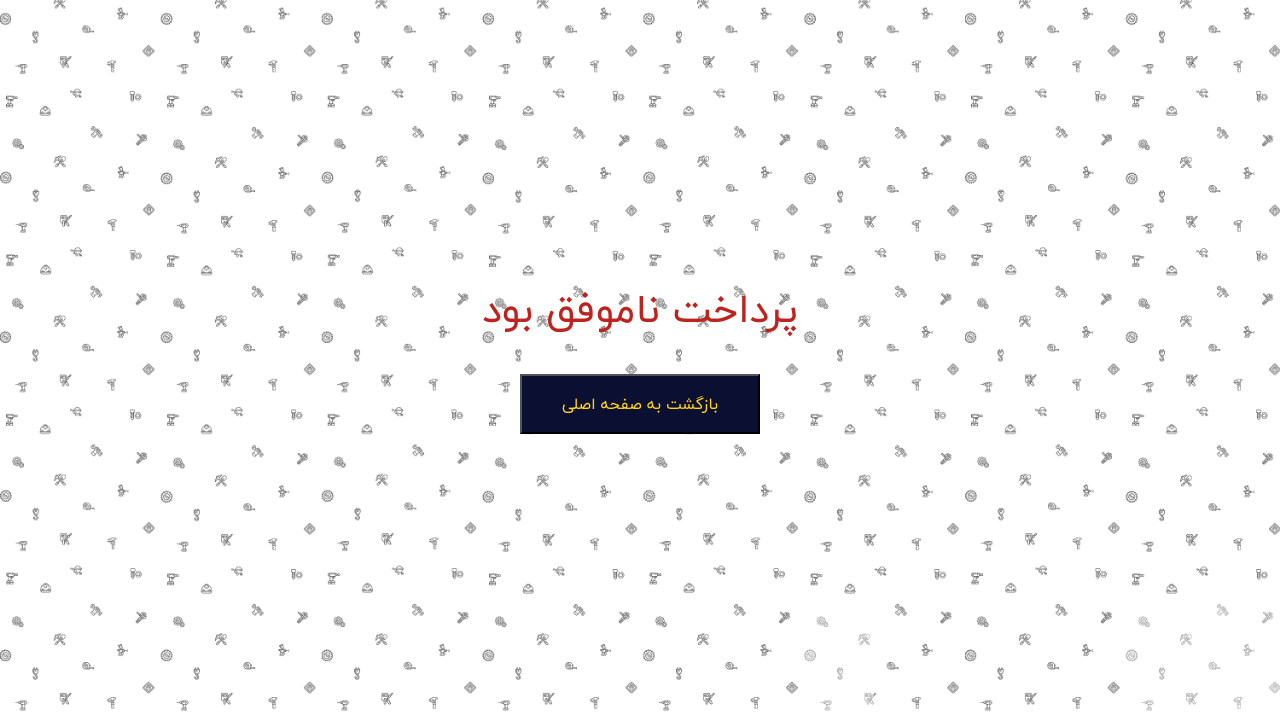
Repository: nightwolf-041/pisheyar-panel-user
Page: /payment
The author's editor kept a copy of each file at every save. The page is drawn from the files as they stood at one save, then again after the next save.
The browser window is 1280 px wide. The pictures show the whole page.
The project was rebuilt for these pictures with package versions that can differ from the ones it lists, and the page was loaded fresh each time. Also part of the build but not shown: src/components/privateRoutes/PrivateRoute.jsx, src/components/privateRoutes/PrivateRouteLogin.jsx, src/components/notfound/NotFound.jsx.

Above is the page before, as saved 2020-07-23 14:32:13.

### public/index.html
<!DOCTYPE html>
<html lang="fa">

<head>
    <meta charset="utf-8" />
    <link rel="icon" href="%PUBLIC_URL%/favicon.ico" />
    <meta name="viewport" content="width=device-width, initial-scale=1" />
    <meta name="theme-color" content="#000000" />
    <meta name="description" content="اولین سامانه ارتباط دهنده مستقیم بین خدمات دهنده و گیرنده صنعتی" />
    <link rel="apple-touch-icon" href="%PUBLIC_URL%/logo192.png" />
    <!--
      manifest.json provides metadata used when your web app is installed on a
      user's mobile device or desktop. See https://developers.google.com/web/fundamentals/web-app-manifest/
    -->
    <link rel="manifest" href="%PUBLIC_URL%/manifest.json" />
    <!--
      Notice the use of %PUBLIC_URL% in the tags above.
      It will be replaced with the URL of the `public` folder during the build.
      Only files inside the `public` folder can be referenced from the HTML.

      Unlike "/favicon.ico" or "favicon.ico", "%PUBLIC_URL%/favicon.ico" will
      work correctly both with client-side routing and a non-root public URL.
      Learn how to configure a non-root public URL by running `npm run build`.
    -->
    <title>پنل کاربری پیشه پلاس</title>
</head>

<body>
    <noscript>You need to enable JavaScript to run this app.</noscript>
    <div id="root"></div>
    <!--
      This HTML file is a template.
      If you open it directly in the browser, you will see an empty page.

      You can add webfonts, meta tags, or analytics to this file.
      The build step will place the bundled scripts into the <body> tag.

      To begin the development, run `npm start` or `yarn start`.
      To create a production bundle, use `npm run build` or `yarn build`.
    -->
</body>

</html>

### src/index.js
import React from 'react';
import ReactDOM from 'react-dom';
import './index.css';
import App from './App';
import { CookiesProvider } from 'react-cookie';
import * as serviceWorker from './serviceWorker';

import 'bootstrap/dist/css/bootstrap.min.css'
import 'react-perfect-scrollbar/dist/css/styles.css';

ReactDOM.render(
  <React.StrictMode>
    <CookiesProvider>
      <App />
    </CookiesProvider>
  </React.StrictMode>,
  document.getElementById('root')
);

// If you want your app to work offline and load faster, you can change
// unregister() to register() below. Note this comes with some pitfalls.
// Learn more about service workers: https://bit.ly/CRA-PWA
serviceWorker.unregister();

### src/index.css
@font-face {
    font-family: Yekan;
    src: url('./assets/fonts/iran-yekan/iranyekan.woff')
}

*,
* * {
    font-family: Yekan !important;
}

html {
    overflow: hidden !important;
}

body {
    margin: 0 auto;
    font-family: Yekan !important;
    overflow: hidden !important;
}

#root {
    overflow: hidden !important;
}

code {
    font-family: source-code-pro, Menlo, Monaco, Consolas, 'Courier New', monospace;
}

### src/App.js
import React, {lazy, Suspense, Component} from 'react';
import axios from 'axios'
import { BrowserRouter, Switch, Route, Redirect } from 'react-router-dom'
import { useCookies } from 'react-cookie';
import PrivateRoute from './components/privateRoutes/PrivateRoute'
import PrivateRouteLogin from './components/privateRoutes/PrivateRouteLogin'
import NotFound from './components/notfound/NotFound'
import './App.css';

const PaymentPage = lazy(() => import('./components/paymentPage/PaymentPage'))
const LoginPage = lazy(() => import('./components/login/Login'))
const ClientChat = lazy(() => import('./components/clientChat/ClientChat'))
const ContractorChat = lazy(() => import('./components/contractorChat/ContractorChat'))


function App() {

  const [cookies, setCookie, removeCookie] = useCookies(['token', 'contractorOrClient']);

  axios.interceptors.response.use(response => {
    return response;
  }, error => {
    if (error.response.status === 401) {
      removeCookie('token', {path: '/'})
    }
    return error;
  });


  return (
    <BrowserRouter>
      <React.Fragment>
        <Switch>
          <BrowserRouter>
            <React.Fragment>
              <Switch>
                <Route path="/payment" exact render={() => (
                  <Suspense fallback={<div className="lds-dual-ring"></div>}>
                    <PaymentPage />
                  </Suspense>
                )} />
                <PrivateRoute path="/" exact
                component={ClientChat} component2={ContractorChat} />
                <PrivateRouteLogin path="/login" exact component={LoginPage} />
                <Route component={NotFound} />
              </Switch>
            </React.Fragment>
          </BrowserRouter>
        </Switch>
      </React.Fragment>
    </BrowserRouter>
  );
}

export default App;

### src/App.css
@font-face {
    font-family: Yekan;
    src: url('./assets/fonts/iran-yekan/iranyekan.woff')
}

html,
body {
    overflow: hidden !important;
}

#root {
    overflow: hidden !important;
}

*,
* * {
    font-family: Yekan !important;
}

button {
    outline: none !important;
}

.Toastify__toast-body {
    font-weight: Yekan !important;
    text-align: right !important;
}

.react-code-input input {
    padding: 0 !important;
    text-align: center !important;
    font-size: 1.2rem !important;
}

.lds-dual-ring {
    display: -webkit-box;
    display: -webkit-flex;
    display: -moz-box;
    display: -ms-flexbox;
    display: flex;
    -webkit-box-pack: center;
    -webkit-justify-content: center;
    -moz-box-pack: center;
    -ms-flex-pack: center;
    justify-content: center;
    -webkit-box-align: center;
    -webkit-align-items: center;
    -moz-box-align: center;
    -ms-flex-align: center;
    align-items: center;
    width: 150px;
    height: 150px;
    position: fixed;
    top: 30%;
    left: -webkit-calc(50% - 75px);
    left: -moz-calc(50% - 75px);
    left: calc(50% - 75px);
    -moz-transform: translateZ(0);
    transform: translateZ(0);
    -webkit-transform: translateZ(0);
    -ms-transform: translateZ(0);
    -o-transform: translateZ(0);
}

.lds-dual-ring:after {
    content: " ";
    display: block;
    width: 64px;
    height: 64px;
    margin: 8px;
    -webkit-border-radius: 50%;
    -moz-border-radius: 50%;
    border-radius: 50%;
    border: 6px solid #fff;
    border-color: #0b1033 transparent #ffd617 transparent;
    animation: lds-dual-ring 1.2s linear infinite;
    -webkit-animation: lds-dual-ring 1.2s linear infinite;
    -moz-animation: lds-dual-ring 1.2s linear infinite;
    -o-animation: lds-dual-ring 1.2s linear infinite;
}

@keyframes lds-dual-ring {
    0% {
        -webkit-transform: rotate(0deg);
        -moz-transform: rotate(0deg);
        -o-transform: rotate(0deg);
        transform: rotate(0deg);
    }
    100% {
        -webkit-transform: rotate(360deg);
        -moz-transform: rotate(360deg);
        -o-transform: rotate(360deg);
        transform: rotate(360deg);
    }
}

@-webkit-keyframes lds-dual-ring {
    0% {
        -webkit-transform: rotate(0deg);
        transform: rotate(0deg);
    }
    100% {
        -webkit-transform: rotate(360deg);
        transform: rotate(360deg);
    }
}

@-moz-keyframes lds-dual-ring {
    0% {
        -moz-transform: rotate(0deg);
        transform: rotate(0deg);
    }
    100% {
        -moz-transform: rotate(360deg);
        transform: rotate(360deg);
    }
}

@-o-keyframes lds-dual-ring {
    0% {
        -o-transform: rotate(0deg);
        transform: rotate(0deg);
    }
    100% {
        -o-transform: rotate(360deg);
        transform: rotate(360deg);
    }
}

### src/components/paymentPage/PaymentPage.jsx
import React, {useEffect, useState} from 'react'
import {withRouter} from 'react-router-dom'
import classes from './paymentPage.module.css'

function PaymentPage(props) {

    let [paymentState, setPaymentState] = useState()

    useEffect(() => {
        console.log(props.location);
        // if(props.location.query !== undefined || props.location.query !== null) {
        //     setPaymentState(props.location.query.result)
        // }else{
        //     props.history.replace('/')
        // }
    }, [])

    const redirectToHome = () => {
        props.history.replace('/')
    }

    return (
        <div className={classes.paymentPageMain}>
            {
                paymentState === 'successful' ?
                <h2 className={classes.paymentPageResultSuccess}>
                    پرداخت موفق بود
                </h2>
                :
                <h2 className={classes.paymentPageResultFail}>
                    پرداخت ناموفق بود
                </h2>
            }
            <button type="button" className={classes.paymentPageButton}
            onClick={redirectToHome}>
                بازگشت به صفحه اصلی
            </button>
        </div>
    )
}

export default withRouter(PaymentPage)

### src/components/paymentPage/paymentPage.module.css
.paymentPageMain {
    width: 100%;
    height: 100vh;
    display: flex;
    flex-direction: column;
    justify-content: center;
    align-items: center;
    background-image: url('../../assets/images/WideBackgroundFooter.svg');
    background-position: center;
    background-size: cover;
    background-repeat: no-repeat;
}

.paymentPageResultSuccess {
    width: 100%;
    text-align: center;
    font-size: 2.5rem;
    color: rgb(31, 189, 65);
    padding: 0 0.5rem;
}

.paymentPageResultFail {
    width: 100%;
    text-align: center;
    font-size: 2.5rem;
    color: rgb(189, 36, 31);
    padding: 0 0.5rem;
}

.paymentPageButton {
    font-family: Yekan;
    width: 15rem;
    padding: 1rem 1rem;
    background-color: #0b1033;
    color: #ffd617;
    font-size: 1rem;
    transition: all 0.2s ease-in;
    margin-top: 2rem;
}

.paymentPageButton:hover {
    background-color: #0b1033d5;
    transition: all 0.2s ease-in;
}

Loaded but not shown: src/serviceWorker.js (common file)

After the next save:
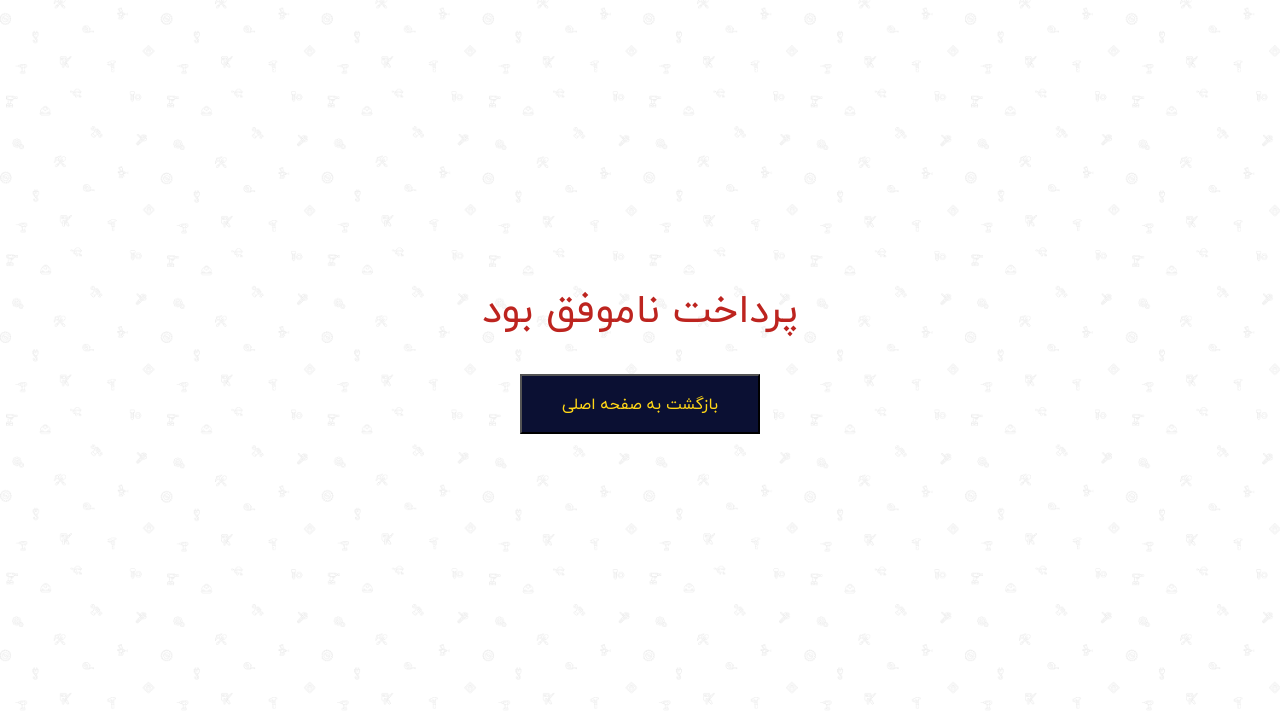
Saved 14 s later.
--- a/src/components/paymentPage/paymentPage.module.css
+++ b/src/components/paymentPage/paymentPage.module.css
@@ -5,7 +5,7 @@
     flex-direction: column;
     justify-content: center;
     align-items: center;
-    background-image: url('../../assets/images/WideBackgroundFooter.svg');
+    background-image: url('../../assets/images/WideBackgroundMenupage.svg');
     background-position: center;
     background-size: cover;
     background-repeat: no-repeat;
